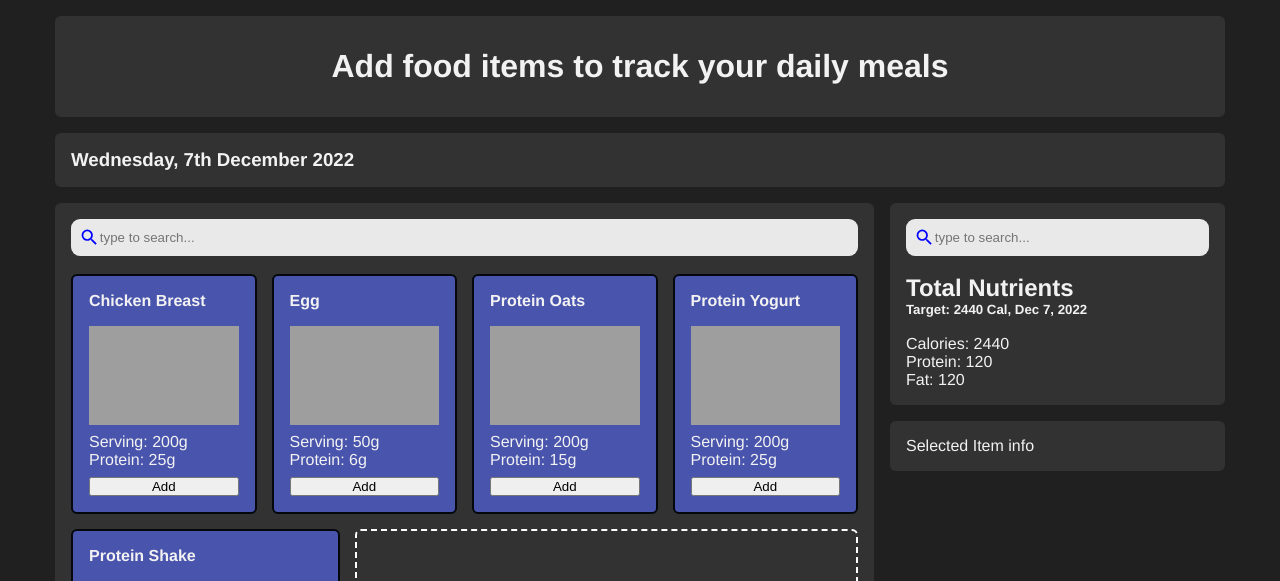
Repository: CEEPREL/NutritionTracker
Page: /
The author's editor kept a copy of each file at every save. The page is drawn from the files as they stood at one save, then again after the next save.
The browser window is 1280 px wide. The pictures show the part of the page from y = 0 to 581 px (the page is 858 px tall before and 936 px after).
Pictures or frames that could not be fetched are drawn as grey boxes. The project was rebuilt for these pictures with package versions that can differ from the ones it lists, and the page was loaded fresh each time. Also part of the build but not shown: vite.config.js.

Above is the page before, as saved 2022-12-08 20:15:38.

### public/index.html
<!DOCTYPE html>
<html lang="en">

<head>
  <meta charset="utf-8" />
  <link rel="icon" href="%PUBLIC_URL%/favicon.ico" />
  <meta name="viewport" content="width=device-width, initial-scale=1" />
  <meta name="theme-color" content="#000000" />
  <meta name="description" content="Web site created using create-react-app" />
  <link rel="apple-touch-icon" href="%PUBLIC_URL%/logo192.png" />
  <!--
      manifest.json provides metadata used when your web app is installed on a
      user's mobile device or desktop. See https://developers.google.com/web/fundamentals/web-app-manifest/
    -->
  <link rel="manifest" href="%PUBLIC_URL%/manifest.json" />
  <!--
      Notice the use of %PUBLIC_URL% in the tags above.
      It will be replaced with the URL of the `public` folder during the build.
      Only files inside the `public` folder can be referenced from the HTML.

      Unlike "/favicon.ico" or "favicon.ico", "%PUBLIC_URL%/favicon.ico" will
      work correctly both with client-side routing and a non-root public URL.
      Learn how to configure a non-root public URL by running `npm run build`.
    -->
  <title>React App</title>
  <!-- CSS only
  <link href="https://cdn.jsdelivr.net/npm/bootstrap@5.2.3/dist/css/bootstrap.min.css" rel="stylesheet"
    integrity="sha384-rbsA2VBKQhggwzxH7pPCaAqO46MgnOM80zW1RWuH61DGLwZJEdK2Kadq2F9CUG65" crossorigin="anonymous"> -->

</head>

<body>
  <noscript>You need to enable JavaScript to run this app.</noscript>
  <div id="root"></div>

  <!-- JavaScript Bundle with Popper -->
  <!-- <script src="https://cdn.jsdelivr.net/npm/bootstrap@5.2.3/dist/js/bootstrap.bundle.min.js"
    integrity="sha384-kenU1KFdBIe4zVF0s0G1M5b4hcpxyD9F7jL+jjXkk+Q2h455rYXK/7HAuoJl+0I4"
    crossorigin="anonymous"></script> -->

</body>

</html>

### src/App.js
/* eslint-disable jsx-a11y/img-redundant-alt */
import React, { useState, useEffect } from 'react';
import './App.css';
import './styles/searchFood.css';
import data from './data';

import CalculateNutrients from './components/CalculateNutrients';
import FoodList from './components/FoodList';
import Header from './components/Header';

const App = () => {

  //   const [foods, setFoods] = useState([
  //     {
  //         name: "Chicken Breast",
  //         size: "200g",
  //         protein: "25g",
  //         category: "lunch"
  //     }, {
  //         name: "Egg",
  //         size: "50g",
  //         protein: "6g",
  //         category: "breakfast"
  //     }, {
  //         name: "Protein Oats",
  //         size: "200g",
  //         protein: "15g",
  //         category: "breakfast"
  //     }, {
  //         name: "Protein Yogurt",
  //         size: "200g",
  //         protein: "25g",
  //         category: "breakfast"
  //     }, {
  //         name: "Protein Shake",
  //         size: "200ml",
  //         protein: "25g",
  //         category: "lunch"
  //     }
  //  ]);

  const { food_data } = data;
  return (
    <div className="container">
      <Header />

      <div className="wrapper-card">
        <h3>Wednesday, 7th December 2022</h3>
      </div>

      <div className="row">

        <div className="col-left">
          <div className="wrapper-card">
            <FoodList food_data={food_data} />
          </div>
        </div>

        <div className="col-right">
          <div className="wrapper-card">
            <CalculateNutrients />
          </div>

          <div className="wrapper-card">
            Selected Item info
          </div>

        </div>

      </div>

    </div>
  );
}



export default App;

### src/App.css
* {
  margin: 0;
  padding: 0;
  box-sizing: border-box;
}

code {
  font-family: source-code-pro, Menlo, Monaco, Consolas, 'Courier New',
    monospace;
}

body {
  font-family: 'Helvetica', BlinkMacSystemFont, 'Segoe UI', 'Roboto', 'Oxygen',
    'Ubuntu', 'Cantarell', 'Fira Sans', 'Droid Sans', 'Helvetica Neue',
    sans-serif;
  -webkit-font-smoothing: antialiased;
  -moz-osx-font-smoothing: grayscale;
  background: #202020;
  color: #F2F2F2;
}

.container {
  max-width: 1200px;
  justify-content: center;
  align-items: center;
  margin-left: auto;
  margin-right: auto;
  margin-top: 1rem;
  padding-right: 15px;
  padding-left: 15px;
  min-height: 100vh;
}

.header {
  padding: 2rem;
  background-color:  #323232;
  display: flex;
  flex-direction: column;
  align-items: center;
  justify-content: center;
  margin-bottom: 1rem;
  border-radius: 6px;
}

.col-left{
  float: left;
  width: 70%;
}

.col-right{
  float: left;
  width: 30%;
  padding-left: 1rem;
}

.wrapper-card {
  background-color: #323232;
  padding: 1rem;
  border-radius: 6px;
  margin-bottom: 1rem;
}

.foodList {
  display: flex;
  flex-wrap: wrap;
  gap:15px;

  /* display: grid;
  grid-gap: 1rem;
  grid-template-columns: repeat(auto-fill, minmax(180px, 1fr)); */
}

.food-card {
  min-height:7rem;
  min-width:11rem;

  border-radius: 6px;
  background-color: #4954ad;
  border: 2px solid rgb(4, 7, 12);
  padding: 1rem;

  display: flex;
  flex-direction: column;
  align-items: left;
  justify-content: space-between;
  flex: 0.5;
  cursor: pointer;

}

.food-name {
  margin-bottom: 1rem;
}

.food-nutrients {
  padding-top: 0.5rem;
  padding-bottom: 0.5rem;
}
.new-card{
  min-height:140px;
  min-width:  18rem;
  border-radius: 6px;
  border: 2px dashed rgb(255, 255, 255);
  padding: 1rem;

  display: flex;
  flex-direction: column;
  align-items: center;
  justify-content: center;
  flex: 1;
  cursor: pointer;
}

@media screen and (max-width: 960px) {
  .col-left, .col-right {
    width: 100%;
    padding: 0;
  }
}


/* Clear floats after the columns
.row:after {
  content: "";
  display: table;
  clear: both;
} */

### src/styles/searchFood.css
.searchFood {
    padding: 0.5rem;
    background-color:  #323232;
    display: flex;
    align-items: center;
    background-color: rgb(233,233,233);
    border-radius: 9px;

  }
  .searchFood input {
    border: none;
    background-color: rgb(233,233,233);

  }

  .searchFood input:focus {
    outline: none;
  }

### src/data.js

const data = {

    food_data: [
        {
            id: '1',
            name: "Chicken Breast",
            size: "200g",
            protein: "25g",
            category: "lunch",
            image: 'https://picsum.photos/id/190/2400/1600/'
        }, {
            id: '2',
            name: "Egg",
            size: "50g",
            protein: "6g",
            category: "breakfast",
            image: 'https://picsum.photos/id/170/2400/1600/'
        }, {
            id: '3',
            name: "Protein Oats",
            size: "200g",
            protein: "15g",
            category: "breakfast",
            image: 'https://picsum.photos/id/180/2400/1600/'
        }, {
            id: '4',
            name: "Protein Yogurt",
            size: "200g",
            protein: "25g",
            category: "breakfast",
            image: 'https://picsum.photos/id/170/2400/1600/'
        }, {
            id: '5',
            name: "Protein Shake",
            size: "200ml",
            protein: "25g",
            category: "lunch",
            image: 'https://picsum.photos/id/130/2400/1600/'
        }
    ],
};

export default data;

### src/components/CalculateNutrients.js
import React from 'react'
import SearchFood from './SearchFood'

function CalculateNutrients() {
  return (
    <div className="calculateNutrients">
      <SearchFood/>
      <br></br>
      <h2>Total Nutrients</h2>
      <h5>Target: 2440 Cal, Dec 7, 2022</h5>
      <br></br>
      <p>Calories: 2440</p>
      <p>Protein: 120</p>
      <p>Fat: 120</p>
    </div>
  )
}

export default CalculateNutrients

### src/components/FoodList.js
import { FaPlus } from 'react-icons/fa';
import Food from './Food';
import SearchFood from './SearchFood';

const FoodList = ({ food_data }) => {
    return (
        <div>
            <SearchFood />
            <br></br>

            <div className="foodList">
                {food_data.map((food) =>
                    <Food
                        key={food.id}
                        name={food.name}
                        size={food.size}
                        protein={food.protein}
                        image={food.image}
                    />
                )}

                {/*
                <Food name="Salad" serving="300g" protein="4g" />
                <Food name="Chicken" serving="500g" protein="21g" />
                <Food name="Peanut Butter" serving="30g" protein="6g" />
                <Food name="Peanut Butter" serving="30g" protein="6g" />
                <Food name="Peanut Butter" serving="30g" protein="6g" />
                <Food />
                */}
                <div className="new-card">
                    <h3>Add food </h3><br></br>
                    <h1><FaPlus /></h1>

                </div>
            </div>
        </div>

    )
}

export default FoodList

### src/components/Header.js
import React from 'react'
import SearchFood from './SearchFood'

function Header(props) {
    return (

        <div className="header">
            <h1>Add food items to track your daily meals</h1>
        </div>

    )
}

export default Header

### src/components/SearchFood.js
import React from 'react'
import { MdSearch } from 'react-icons/md'

function SearchFood() {
    return (
        <div className="searchFood">
            <MdSearch className="search-icons" size="1.3em" color="blue"/>
            <input
                // onChange={(event) => handleSearchNote(event.target.value)}
                type="text"
                placeholder="type to search...">

            </input>
        </div>
    )
}

export default SearchFood

### src/components/Food.js
import React from 'react'

const Food = ({ id, name, size, protein, image }) => {
    return (
        <div className="food-card">
            <div className="food-name">
                <h4 ><strong>{name}</strong></h4>
            </div>

            <img className="small" src={image} alt={name}></img>

            <div className="food-nutrients">
                <p>Serving: {size}</p>
                <p>Protein: {protein}</p>
            </div>
            <button>Add</button>

        </div>
    )
}

Food.defaultProps = {
    name: "Enter Food",
    serving: "0g",
    protein: "0g"
}

export default Food

Loaded but not shown: src/index.js (common file)

After the next save:
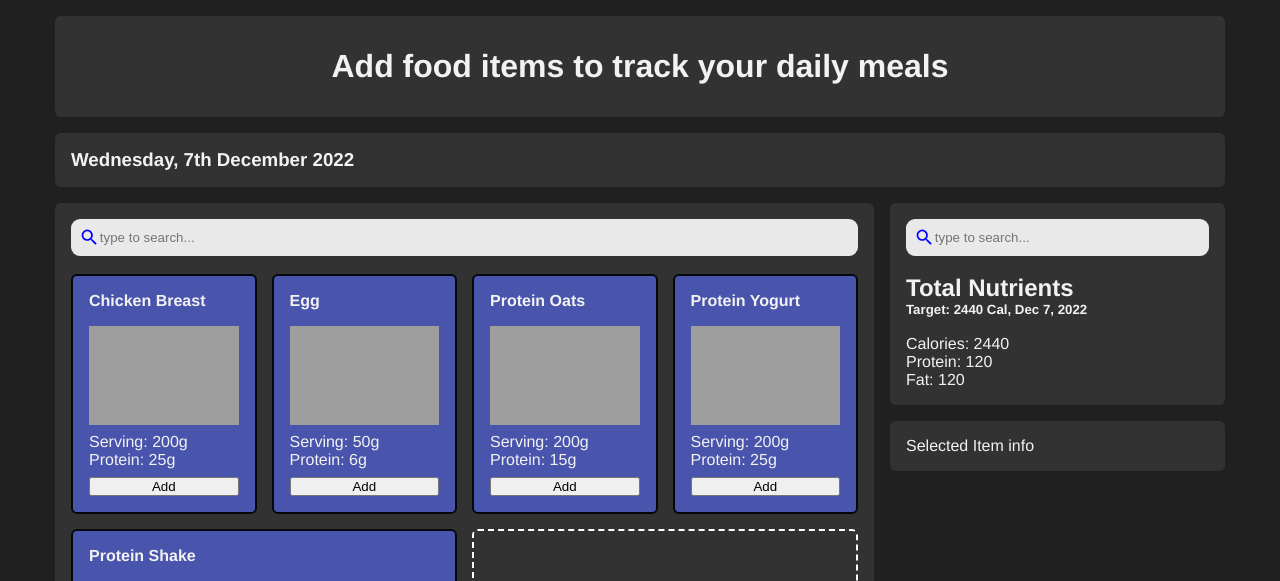
Saved 26 s later.
--- a/src/App.css
+++ b/src/App.css
@@ -83,7 +83,7 @@ body {
   flex-direction: column;
   align-items: left;
   justify-content: space-between;
-  flex: 0.5;
+  flex: 1;
   cursor: pointer;
 
 }
